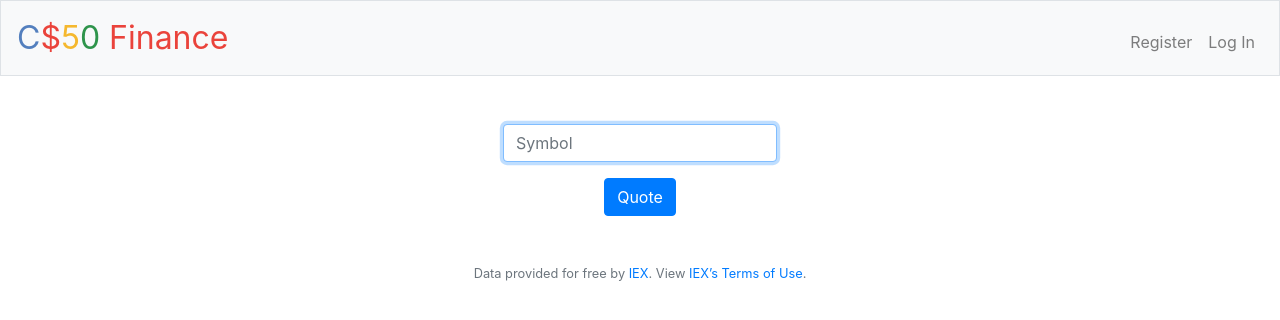
Repository: tavrora/cs50_ide
Page: pset8/finance/templates/cash.html
The author's editor kept a record of every edit. The page is drawn from the files as they stood at one moment, then again after the next edit.
The browser window is 1280 px wide. The pictures show the whole page.
The template is drawn by Flask 3. The application's start-up code is not run. The template is opened directly, without the code that normally fills it, so the values that code supplies are empty.

Above is the page before.

After the next edit:
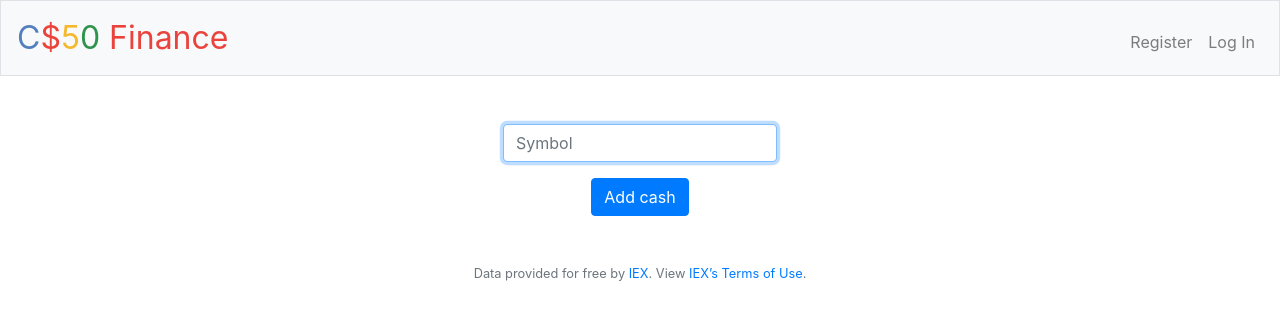
The edit:
--- a/pset8/finance/templates/cash.html
+++ b/pset8/finance/templates/cash.html
@@ -8,6 +8,6 @@
     <form action="/quote" method="post">
         <input autocomplete="off" autofocus class="form-control" name="symbol" placeholder="Symbol" type="text">
         <div class="form-group"></div>
-        <button class="btn btn-primary" type="submit">Quote</button>
+        <button class="btn btn-primary" type="submit">Add cash</button>
     </form>
 {% endblock %}
